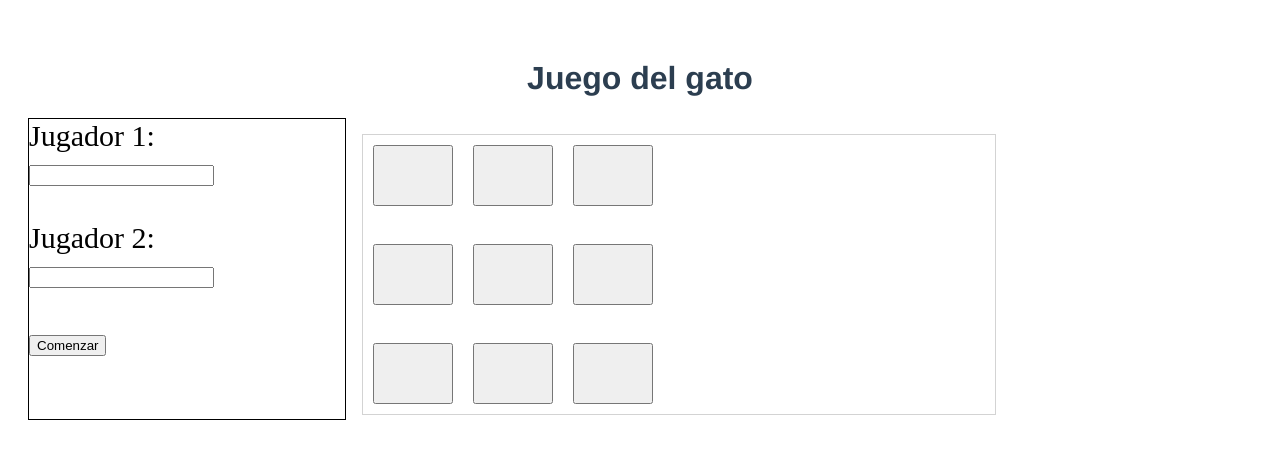
Repository: franciscamanquecheo/Taller-2
Page: / (app in vite-project/)
These files come from the project's save history. The page is drawn as it stood at one moment and after the next save; the edit follows.
The browser window is 1280 px wide. The pictures show the whole page.
The project was rebuilt for these pictures with package versions that can differ from the ones it lists, and the page was loaded fresh each time. Also part of the build but not shown: vite-project/vite.config.ts.

Above is the page before, as saved 2022-06-17 17:46:52.

### vite-project/src/App.vue
<script setup lang="ts">
// This starter template is using Vue 3 <script setup> SFCs
// Check out https://vuejs.org/api/sfc-script-setup.html#script-setup
import HelloWorld from './components/HelloWorld.vue'
</script>

<template>
 <h1>Juego del gato</h1>
<section>
 <article id="comandos">
  Jugador 1:

  <input type="text" id="jugador1"><br><br>
  Jugador 2:
  <input type="text" id="jugador 2"><br><br>
  <input type="button" id="comenzar" value="Comenzar">
  <label id="TurnoJugador"></label>
 </article>
  <article id="Tablero">
    <input type="button" id="casilla1">
    <input type="button" id="casilla2">
    <input type="button" id="casilla3"><br><br>

    <input type="button" id="casilla4">
    <input type="button" id="casilla5">
    <input type="button" id="casilla6"><br><br>

    <input type="button" id="casilla7">
    <input type="button" id="casilla8">
    <input type="button" id="casilla9">



  </article>











</section>
</template>

<style>
h1 {
  font-family: Avenir, Helvetica, Arial, sans-serif;
  -webkit-font-smoothing: antialiased;
  -moz-osx-font-smoothing: grayscale;
  text-align: center;
  color: #2c3e50;
  margin-top: 60px;
}
article#comandos{

  display: inline-block;
  text-align: left;
  border: 1px solid black;
  margin-left: 20px;
font-size: 30px;
vertical-align: top;
min-height: 300px;
width: 25%;
}
article#Tablero{
  border: 1px solid lightgray;
  display: inline-block;
  margin: 1em;
  width: 50%;
  vertical-align: left;
}
article#Tablero input{
  font-size: 3em;
  height: 80 px;
  width: 80px;
  margin: 10px;



}



section{
  display: inline-block;
  margin: 0 auto;

  width: 100%;
}
template{
  background-color: #2c3e50;
}
</style>

Loaded but not shown: vite-project/index.html (common file); vite-project/src/main.ts (common file)

After the next save:
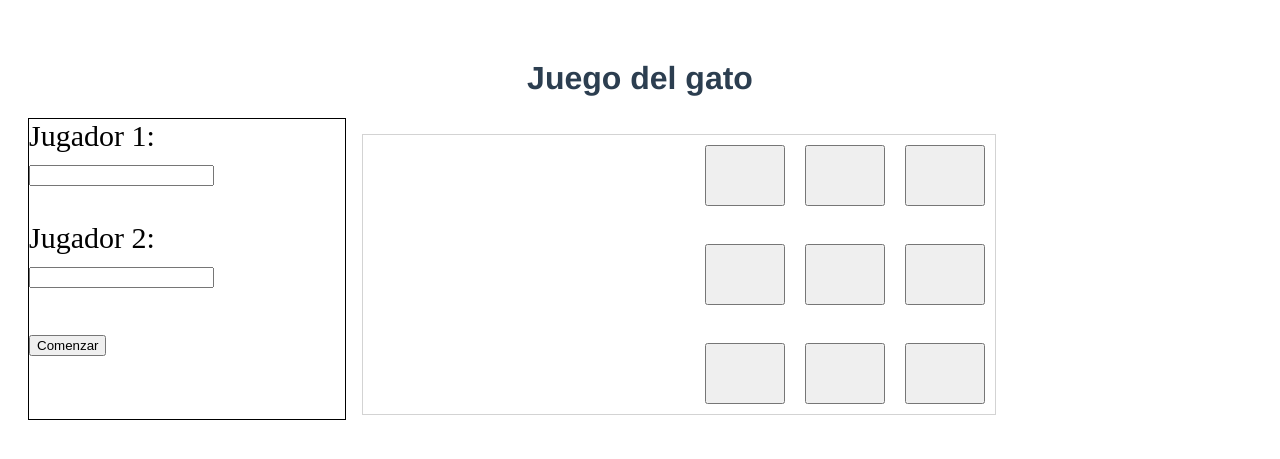
Saved 25 s later.
--- a/vite-project/src/App.vue
+++ b/vite-project/src/App.vue
@@ -71,7 +71,7 @@ article#Tablero{
   display: inline-block;
   margin: 1em;
   width: 50%;
-  vertical-align: left;
+   text-align: right;
 }
 article#Tablero input{
   font-size: 3em;
